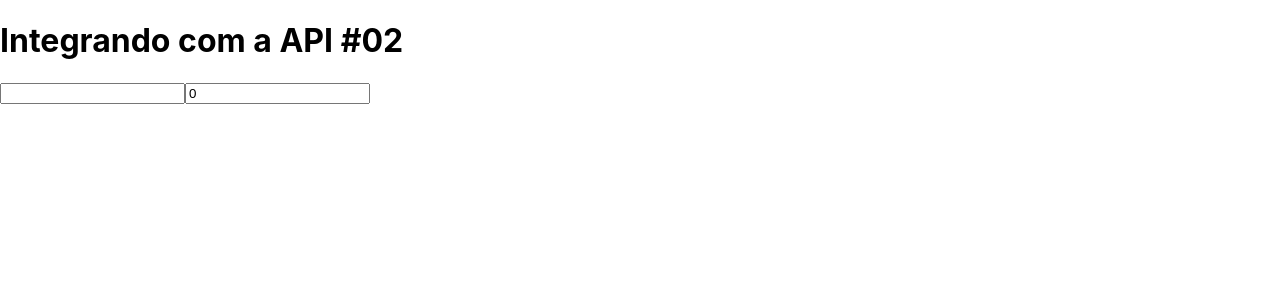
Repository: Mira757/Next-Basico
Page: /form
The author's editor kept a copy of each file at every save. The page is drawn from the files as they stood at one save, then again after the next save.
The browser window is 1280 px wide. The pictures show the whole page.
The project was rebuilt for these pictures with package versions that can differ from the ones it lists, and the page was loaded fresh each time. The framework's server and built-in components were replaced by stand-ins that run in the browser. Also part of the build but not shown: next.config.js.

Above is the page before, as saved 2022-03-15 15:20:42.

After the next save:
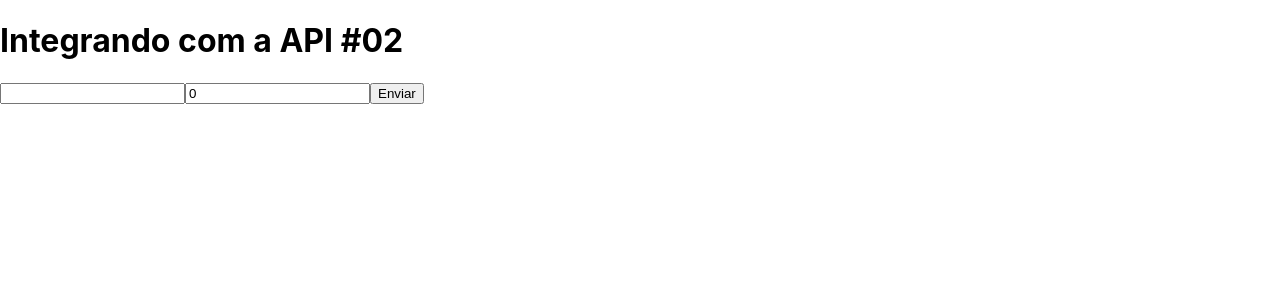
Saved 101 s later.
--- a/src/pages/form.jsx
+++ b/src/pages/form.jsx
@@ -5,11 +5,19 @@ export default function form() {
   const [nome,setNome] = useState("")
   const [idade,setIdade] = useState(0)
 
+  function salvarUsuario() {
+    fetch('/api/form', {
+      method: 'POST',
+      body: {nome,idade}
+    })
+  }
+
   return (
     <div>
       <h1>Integrando com a API #02</h1>
       <input type="text" value={nome} onChange={e => setNome(e.target.value)}/>
-      <input type="number" value={idade} onChange={e => setIdade(e.target.value)}/>
+      <input type="number" value={idade} onChange={e => setIdade(+e.target.value)}/>
+      <button onClick={salvarUsuario}>Enviar</button>
     </div>
   )
 
